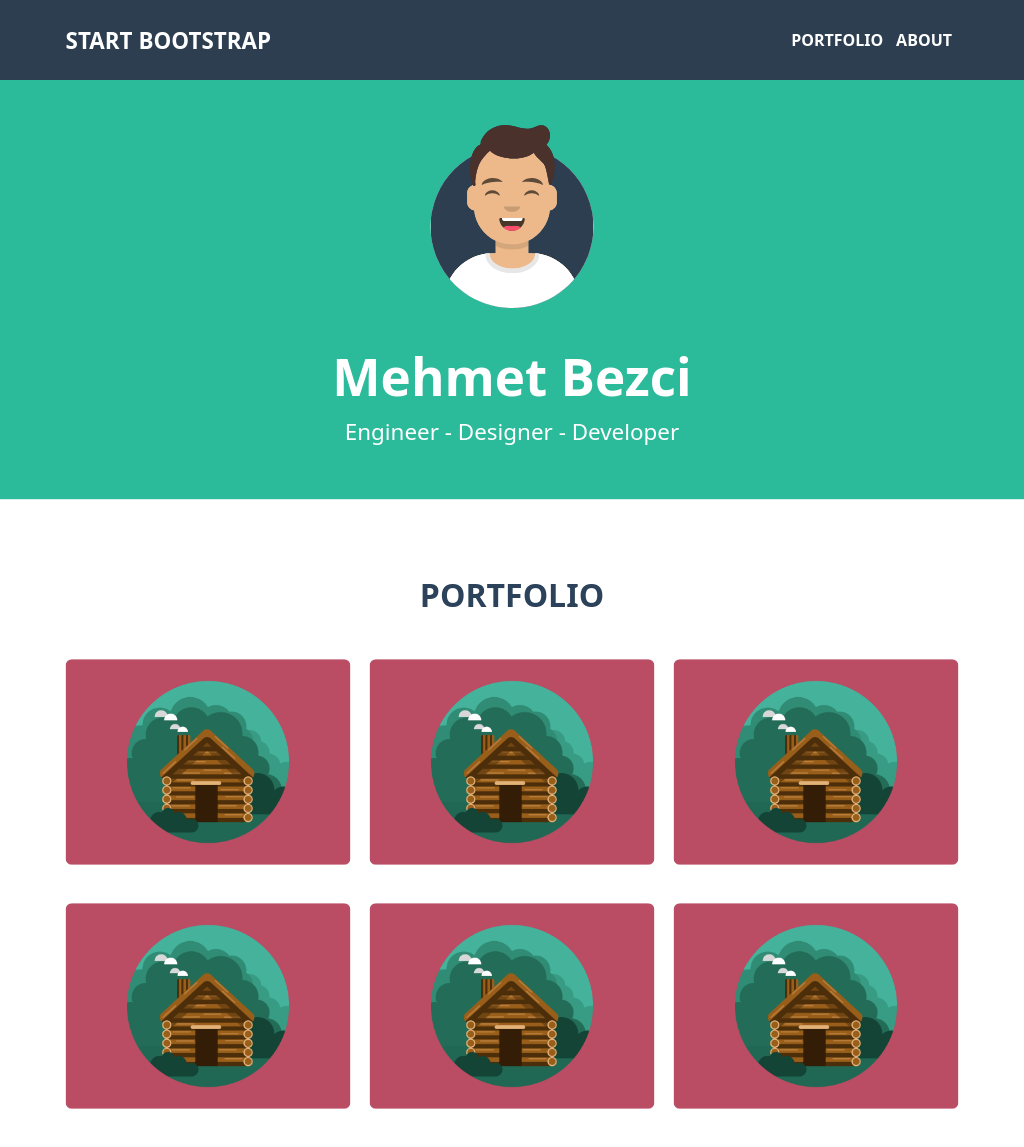
Repository: 7JaxeN7/WT-1255P-Mehmet_BEZC-
Page: index.html
The author's editor kept a copy of each file at every save. The page is drawn from the files as they stood at one save, then again after the next save.
The browser window is 1280 px wide. The pictures show the whole page, at 80% of full size.

Above is the page before, as saved 2025-01-06 21:43:39.

### index.html
<!DOCTYPE html>
<html lang="tr">

<head>
  <meta charset="UTF-8">
  <meta name="viewport" content="width=device-width, initial-scale=1.0">
  <link rel="stylesheet" href="style.css">
  <link href="https://cdn.jsdelivr.net/npm/bootstrap@5.3.3/dist/css/bootstrap.min.css" rel="stylesheet"
    integrity="sha384-QWTKZyjpPEjISv5WaRU9OFeRpok6YctnYmDr5pNlyT2bRjXh0JMhjY6hW+ALEwIH" crossorigin="anonymous">
  <title>Start Bootstrap</title>
</head>

<body>
  <!-- Navbar -->
  <header>
    <nav class="navbar navbar-expand-lg navbar-bg">
      <div class="container pt-3 pb-3">
        <a class="navbar-brand text-white fw-bolder fs-3" href="#">START BOOTSTRAP</a>
        <button class="navbar-toggler" type="button" data-bs-toggle="collapse" data-bs-target="#navbarNav"
          aria-controls="navbarNav" aria-expanded="false" aria-label="Toggle navigation">
          <span class="navbar-toggler-icon"></span>
        </button>
        <div class="collapse navbar-collapse" id="navbarNav">
          <ul class="navbar-nav ms-auto">
            <li class="nav-item">
              <a class="nav-link text-white fw-bolder fs-5" href="#">PORTFOLIO</a>
            </li>
            <li class="nav-item">
              <a class="nav-link text-white fw-bolder fs-5" href="#">ABOUT</a>
            </li>
          </ul>
        </div>
      </div>
    </nav>
  </header>
  <!-- Herosection -->
   <div class="herosection-bg pt-5 pb-5">
    <div class="container text-center">
      <img src="/assets/img/avataaars.svg" width="20%"/>
    <h1 class="mt-5 text-white fw-bolder display-3">Mehmet Bezci</h1>
    <p class="text-white fs-3">Engineer - Designer - Developer</p>
    </div>
   </div>
   <!-- Portfolio -->
    <div class="portfolio-section">
      <h2 class="text-center mt-5 pt-5 pb-5 fs-1 fw-semibold portfolio-tittle">PORTFOLIO</h2>
      <div class="container">
        <div class="row">
          <div class="col-12 col-md-6 col-lg-4 mb-5">
            <img src="/assets/img/cabin.png" class="img-fluid rounded-3">
          </div>
          <div class="col-12 col-md-6 col-lg-4 mb-5">
            <img src="/assets/img/cabin.png" class="img-fluid rounded-3">
          </div>
          <div class="col-12 col-md-6 col-lg-4 mb-5">
            <img src="/assets/img/cabin.png" class="img-fluid rounded-3">
          </div>
          <div class="col-12 col-md-6 col-lg-4 mb-5">
            <img src="/assets/img/cabin.png" class="img-fluid rounded-3">
          </div>
          <div class="col-12 col-md-6 col-lg-4 mb-5">
            <img src="/assets/img/cabin.png" class="img-fluid rounded-3">
          </div>
          <div class="col-12 col-md-6 col-lg-4 mb-5">
            <img src="/assets/img/cabin.png" class="img-fluid rounded-3">
          </div>
        </div>
      </div>
    </div>
  <!-- Burası bootstrap script kısmı -->
  <script src="https://cdn.jsdelivr.net/npm/bootstrap@5.3.3/dist/js/bootstrap.bundle.min.js"
    integrity="sha384-YvpcrYf0tY3lHB60NNkmXc5s9fDVZLESaAA55NDzOxhy9GkcIdslK1eN7N6jIeHz"
    crossorigin="anonymous"></script>
</body>

</html>

### style.css
.navbar-bg {
  background-color: #2d3e50 !important;
}
.herosection-bg{
    background-color: #2bbb9b ;
}
.portfolio-tittle{
    color: #2c425a;
}

After the next save:
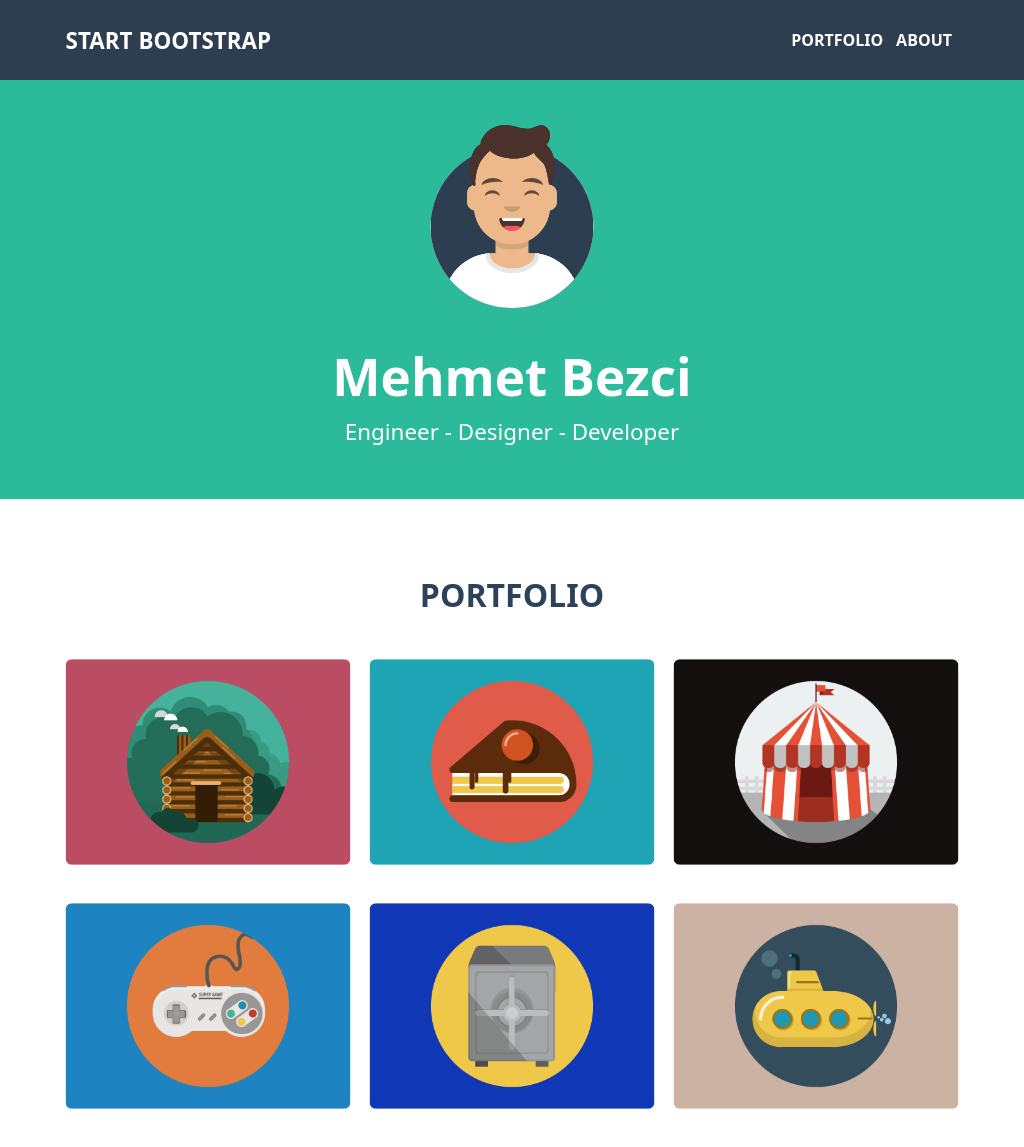
Saved 27 s later.
--- a/index.html
+++ b/index.html
@@ -50,19 +50,19 @@
             <img src="/assets/img/cabin.png" class="img-fluid rounded-3">
           </div>
           <div class="col-12 col-md-6 col-lg-4 mb-5">
-            <img src="/assets/img/cabin.png" class="img-fluid rounded-3">
+            <img src="/assets/img/cake.png" class="img-fluid rounded-3">
           </div>
           <div class="col-12 col-md-6 col-lg-4 mb-5">
-            <img src="/assets/img/cabin.png" class="img-fluid rounded-3">
+            <img src="/assets/img/circus.png" class="img-fluid rounded-3">
           </div>
           <div class="col-12 col-md-6 col-lg-4 mb-5">
-            <img src="/assets/img/cabin.png" class="img-fluid rounded-3">
+            <img src="/assets/img/game.png" class="img-fluid rounded-3">
           </div>
           <div class="col-12 col-md-6 col-lg-4 mb-5">
-            <img src="/assets/img/cabin.png" class="img-fluid rounded-3">
+            <img src="/assets/img/safe.png" class="img-fluid rounded-3">
           </div>
           <div class="col-12 col-md-6 col-lg-4 mb-5">
-            <img src="/assets/img/cabin.png" class="img-fluid rounded-3">
+            <img src="/assets/img/submarine.png" class="img-fluid rounded-3">
           </div>
         </div>
       </div>
